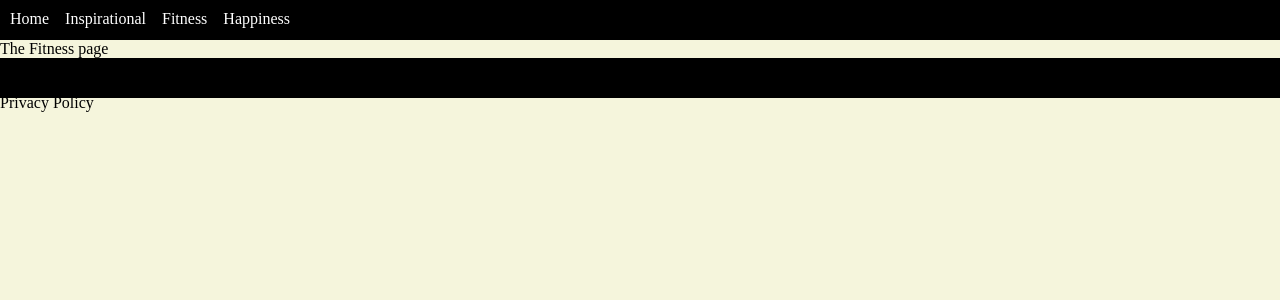
Repository: suraj-yadav7/quotes
Page: /fitness
These files come from the project's save history. The page is drawn as it stood at one moment and after the next save; the edit follows.
The browser window is 1280 px wide. The pictures show the whole page.
The project was rebuilt for these pictures with package versions that can differ from the ones it lists, and the page was loaded fresh each time. Also part of the build but not shown: vite.config.js, src/components/Home.jsx, src/components/Inspirational.jsx, src/components/Happiness.jsx.

Above is the page before, as saved 2023-05-28 13:22:35.

### src/main.jsx
import React from 'react'
import ReactDOM from 'react-dom/client'
import App from './App.jsx'
import './index.css'
import { Provider } from 'react-redux'
import store from './store/store.jsx'

ReactDOM.createRoot(document.getElementById('root')).render(
  <Provider store={store}>
    <App />
  </Provider>,
)

### src/App.jsx
import React from 'react'
import './App.css'
import Home from './components/Home'
import Fitness from './components/Fitness'
import Inspirational from './components/Inspirational'
import Happiness from './components/Happiness'
import { BrowserRouter as Router, Routes, Route, Link } from 'react-router-dom'
import Navbar from './components/Navbar'
import Footer from './components/Footer'

function App() {

  return (
    <>
      <Router>
        <Navbar />
          <Routes>
            <Route exact path="/" element={<Home />} />
            <Route exact path="/fitness" element={<Fitness />} />
            <Route exact path="/inspiratinal" element={<Inspirational />} />
            <Route exact path="/happiness" element={<Happiness />} />
          </Routes>
         <Footer/>
      </Router>
    </>
  )
}

export default App

### src/store/store.jsx
import { configureStore } from "@reduxjs/toolkit";
import quoteSlice from "./slice/quoteSlice"

const store = configureStore({
    reducer:{
        quotes:quoteSlice
    }
})

export default store

### src/App.css

/* Navbar style */
.navbar{
    background-color: black;
    height: 2.5rem;
    width: 100%;
    >nav>ul{
        display: flex;
        flex-direction: row;
        gap: 1rem;
        padding: 10px;
        >.link{
            color:white;
            text-decoration:none;
            &:hover {
                color: rgb(212, 72, 16)
             }
        }
    }
}


/* footer styles */
.footer{
    background-color: black;
    height: 2.5rem;
    width: 100%;
    >nav>ul{
        display: flex;
        flex-direction: row;
        gap: 1rem;
        padding: 10px;
        >li{
            color:white;
            text-decoration:none;
            &:hover {
                color: rgb(212, 72, 16)
             }
        }
    }
}

### src/components/Fitness.jsx
import React from "react"

const Fitness = ()=>{
    return(
        <>
        <div className="fitness">
            <p>The Fitness page</p>
        </div>

        </>


    )
}

export default Fitness;

### src/components/Navbar.jsx
import React from 'react'
import { Link } from 'react-router-dom'

const Navbar = () => {
  return (
    <>
    <div className='navbar'>
        <nav>
            <ul>
                <Link to="/" className="link">Home</Link>
                <Link to="inspiratinal" className="link">Inspirational</Link>
                <Link to="/fitness" className="link">Fitness</Link>
                <Link to="/happiness" className="link">Happiness</Link>
            </ul>
        </nav>
    </div>
    </>
  )
}

export default Navbar

### src/components/Footer.jsx
import React from 'react'

const Footer = () => {
  return (
    <>
      <footer className='footer'>
        <ul>
          <li>Copyright © 2023 Quotes</li>
          <li>All rights reserved.</li>
          <li>Privacy Policy</li>
        </ul>
      </footer>
    </>
  )
}

export default Footer

### src/store/slice/quoteSlice.jsx
import { createSlice, createAsyncThunk } from "@reduxjs/toolkit";

export const fetchQuotes = createAsyncThunk("fetchQuotes",async(arg,{rejectWithValue})=>{
    let response = await fetch("https://api.api-ninjas.com/v1/quotes?category=fitness",{
        method:"GET",
        headers:{
            "X-Api-Key":"MKsow2F2MHISb5jV14oA+Q==nvH7KU0O50jgm60V",
            "content-type":"application/json"
        },
    })

    try{
        let apiData = await response.json()
        console.log("the apiData", apiData[0])
        return apiData[0]

    }
    catch(error){
        rejectWithValue(error)
    }
})


const quoteSlice = createSlice({
    name:"quoteSlice",
    initialState:{
        quoteData:[],
        loading:false,
        error:null

    },

    reducers:{

    },
    extraReducers:{
        [fetchQuotes.pending]:(state)=>{
            state.loading=true
        },
        [fetchQuotes.fulfilled]:(state,action)=>{
            state.quoteData=(action.payload)

        },
        [fetchQuotes.rejected]:(state,action)=>{
            state.error=action.payload
        },

    }
})

export default quoteSlice.reducer
export const {}=quoteSlice.actions

### src/styles/home.scss
body{
    color: black;
    background-color: beige;
}

Loaded but not shown: index.html (common file); src/index.css (common file)

After the next save:
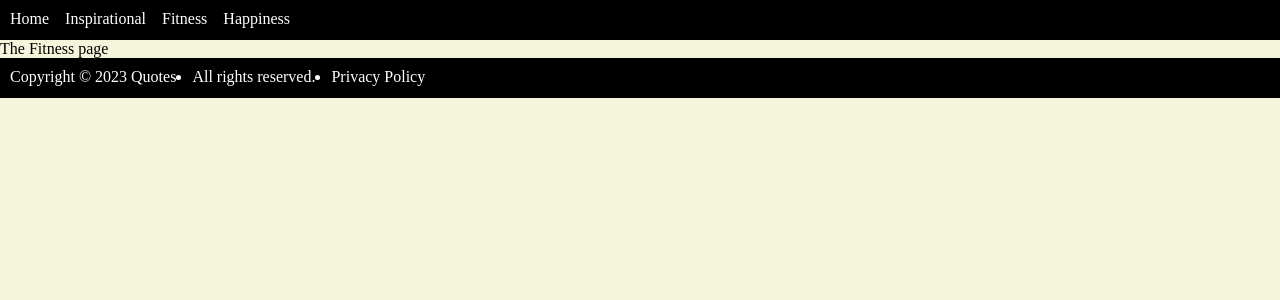
Saved 50 s later.
--- a/src/App.css
+++ b/src/App.css
@@ -25,7 +25,7 @@
     background-color: black;
     height: 2.5rem;
     width: 100%;
-    >nav>ul{
+    >ul{
         display: flex;
         flex-direction: row;
         gap: 1rem;
